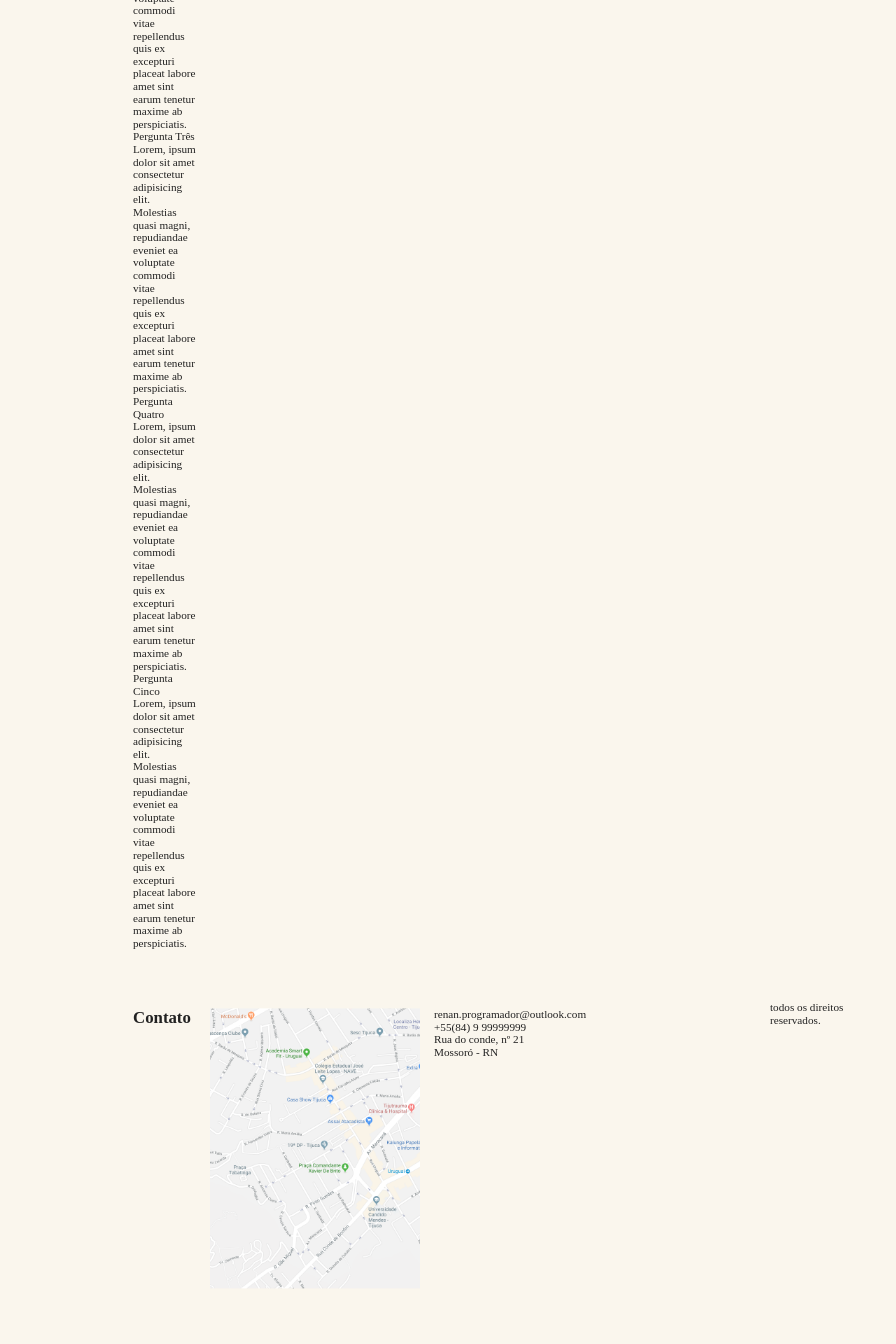
Repository: meiotera/animaisPagina
Page: index.html
An editor plug-in stored every save of this project. The page is shown before and after the next save, followed by the edit.
The browser window is 1280 px wide. The pictures show the part of the page from y = 3832 to 5752 px (the page is 5752 px tall before and 5620 px after), at 70% of full size.

Above is the page before, as saved 2025-05-03 07:03:56.

After the next save:
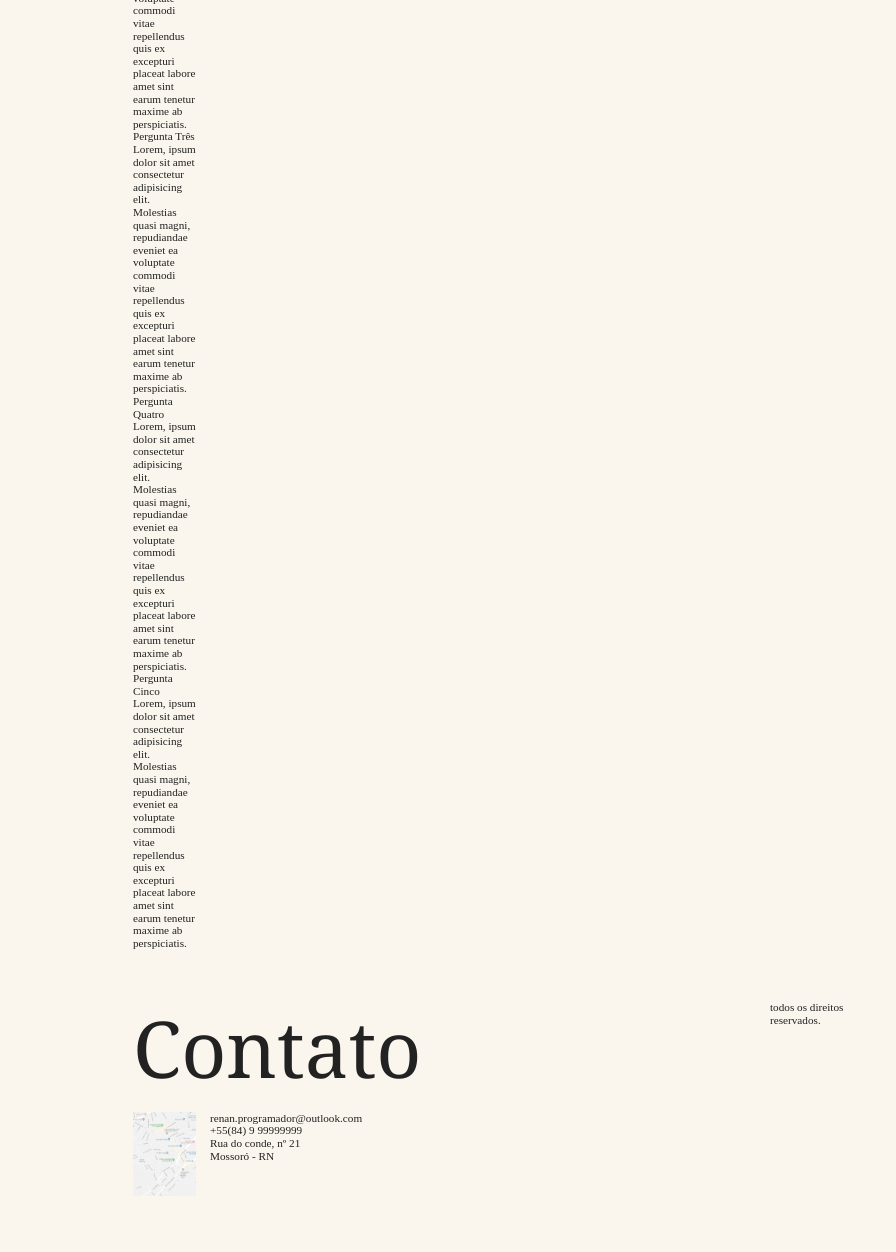
Saved 20 s later.
--- a/index.html
+++ b/index.html
@@ -105,7 +105,7 @@
   </section>
 
   <section class="grid-section contato" id="contato">
-    <h2>Contato</h2>
+    <h2 class="titulo">Contato</h2>
 
     <div class="mapa">
       <img src="img/mapa.png" alt="mapa">
